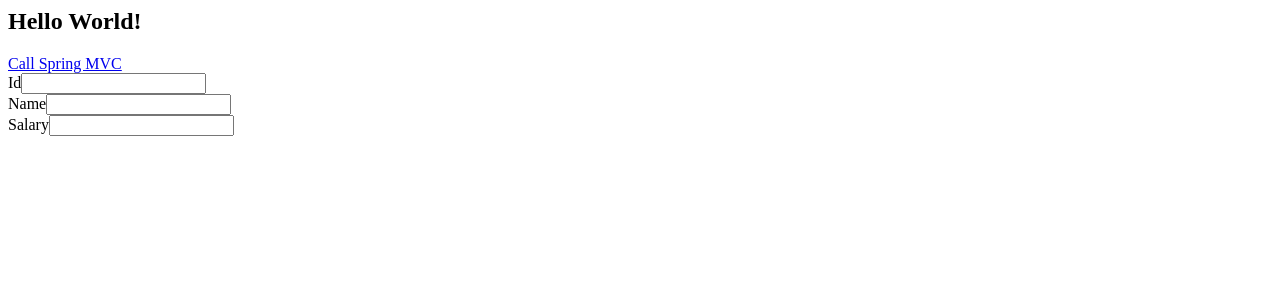
Repository: nirbit005/secundarabadspringtraining
Page: http://localhost/SpringMVC/
An editor plug-in stored every save of this project. The page is shown before and after the next save, followed by the edit.
The browser window is 1280 px wide. The pictures show the whole page.
The page is served by Tomcat 9. Other server files are loaded and not shown.

Above is the page before, as saved 2019-08-28 10:12:25.

### Workspace/SpringMVC/src/main/webapp/index.jsp
<html>
<body>
<h2>Hello World!</h2>
<a href="demo.spring">Call Spring MVC</a>
<br/>
<form action="store.spring">
<label>Id</label><input type="text" name="id"><br/>
<label>Name</label><input type="text" name="name"><br/>
<label>Salary</label><input type="text" name="salary"><br/>
</form>
</body>
</html>

After the next save:
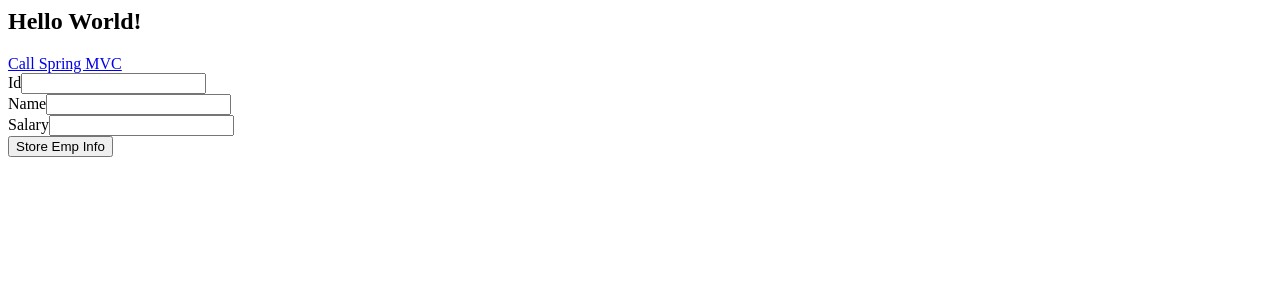
Saved 14 s later.
--- a/Workspace/SpringMVC/src/main/webapp/index.jsp
+++ b/Workspace/SpringMVC/src/main/webapp/index.jsp
@@ -7,6 +7,7 @@
 <label>Id</label><input type="text" name="id"><br/>
 <label>Name</label><input type="text" name="name"><br/>
 <label>Salary</label><input type="text" name="salary"><br/>
+<input type="submit" value="Store Emp Info">
 </form>
 </body>
 </html>
